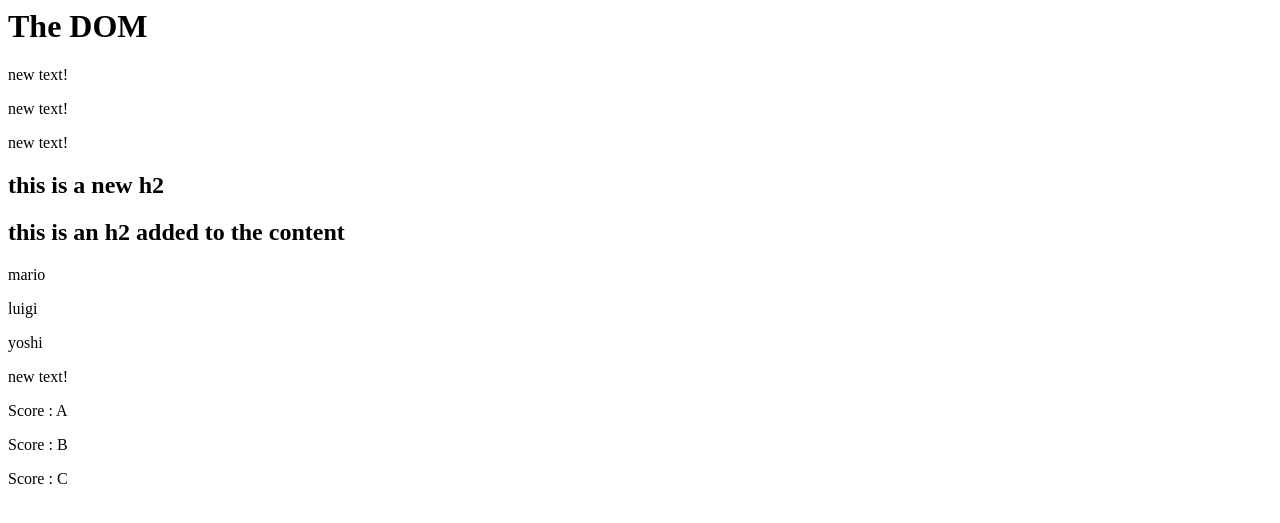
Repository: Rizwanelx/JavaScript
Page: DOM/Adding&Changing_Page_Content/index.html
The author's editor kept a copy of each file at every save. The page is drawn from the files as they stood at one save, then again after the next save.
The browser window is 1280 px wide. The pictures show the whole page.

Above is the page before, as saved 2019-11-03 17:03:51.

After the next save:
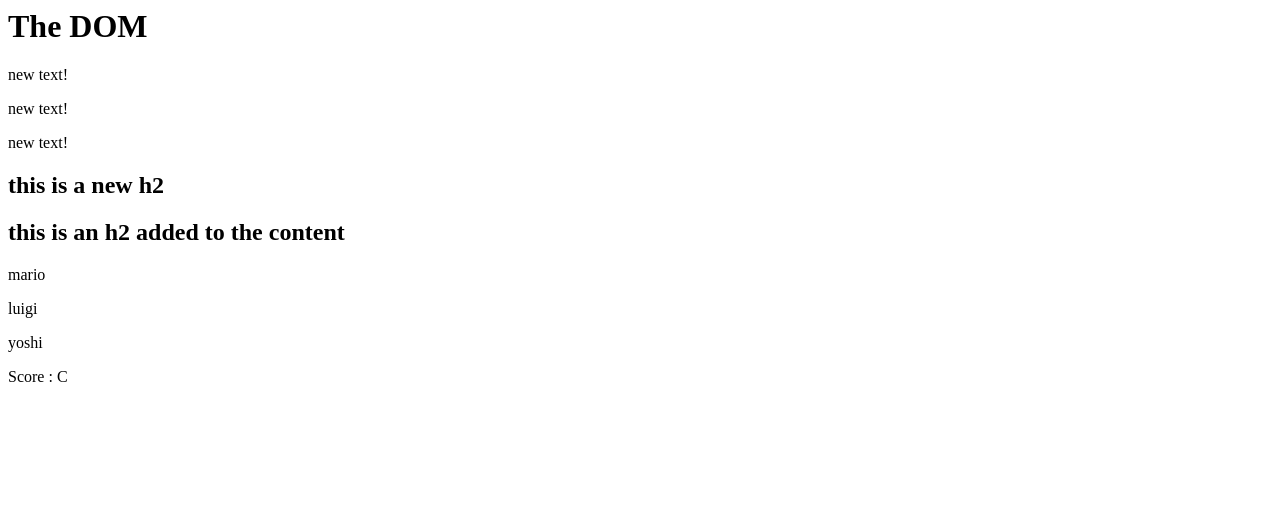
Saved 2 min 22 s later.
--- a/DOM/Adding&Changing_Page_Content/sandbox.js
+++ b/DOM/Adding&Changing_Page_Content/sandbox.js
@@ -34,5 +34,5 @@
 const scores = ['A', 'B', 'C'];
 
 scores.forEach(score => {
-    result.innerHTML += ` <p>Score :  ${score} </p>`
+    result.innerHTML = ` <p>Score :  ${score} </p>`
 })

After the save that followed:
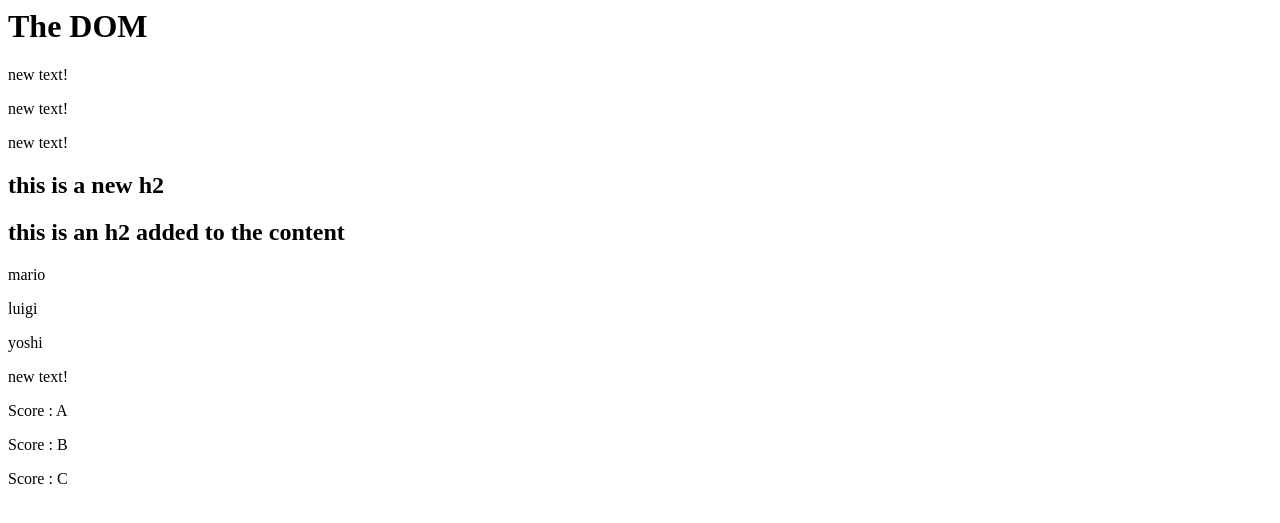
Saved 66 s later.
--- a/DOM/Adding&Changing_Page_Content/sandbox.js
+++ b/DOM/Adding&Changing_Page_Content/sandbox.js
@@ -34,5 +34,5 @@
 const scores = ['A', 'B', 'C'];
 
 scores.forEach(score => {
-    result.innerHTML = ` <p>Score :  ${score} </p>`
+    result.innerHTML += ` <p>Score :  ${score} </p>`
 })
